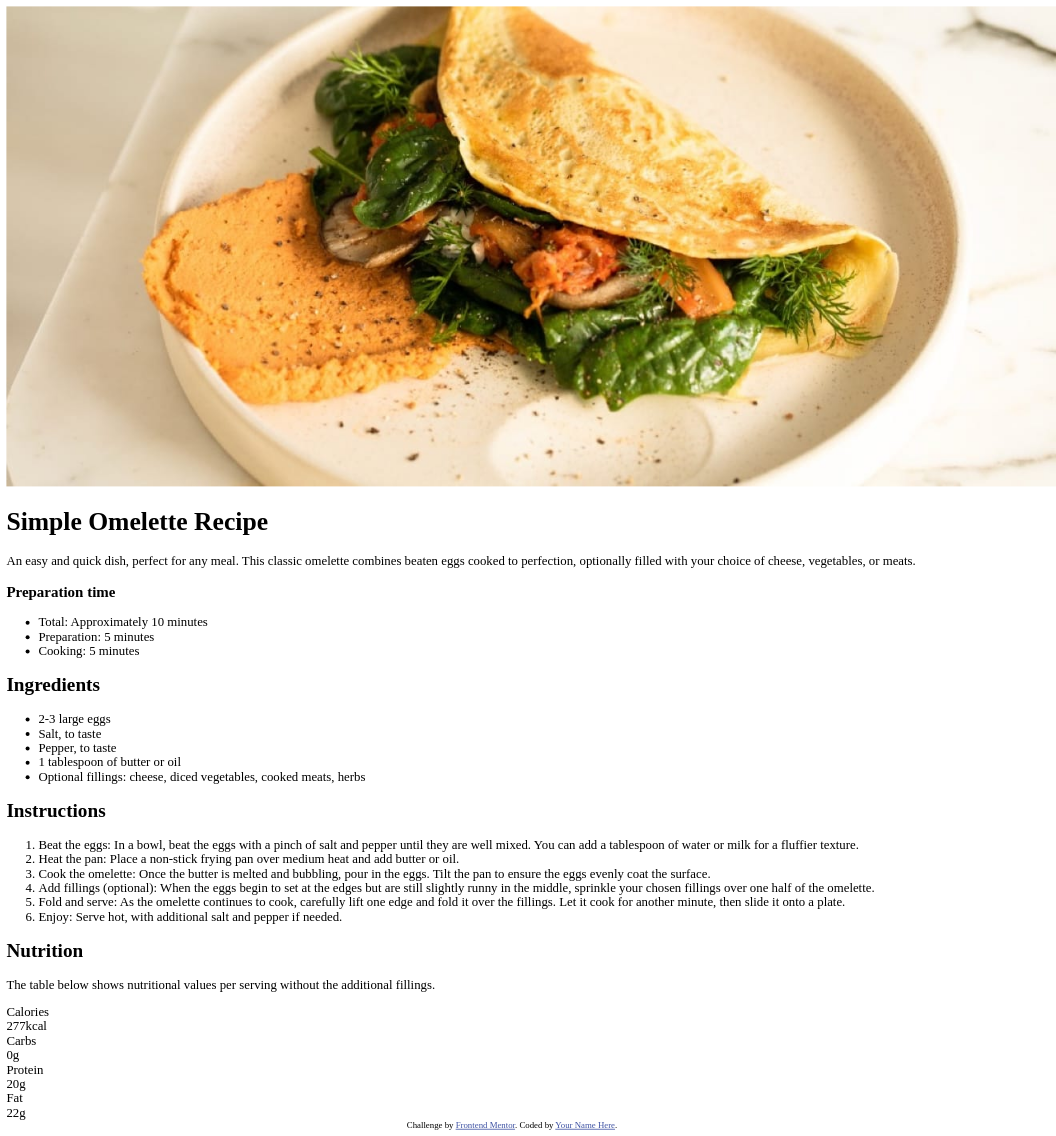
Repository: reemoon-ctrl/mine-recipe-page-main
Page: index.html
An editor plug-in stored every save of this project. The page is shown before and after a run of saves, followed by the edit.
The browser window is 1280 px wide. The page is 1320 px wide, then 1312 px, so the pictures cover 1320 px, including what lies to the right of the window. The pictures show the whole page, at 80% of full size.

Above is the page before, as saved 2024-08-11 12:18:10.

After the next 2 saves:
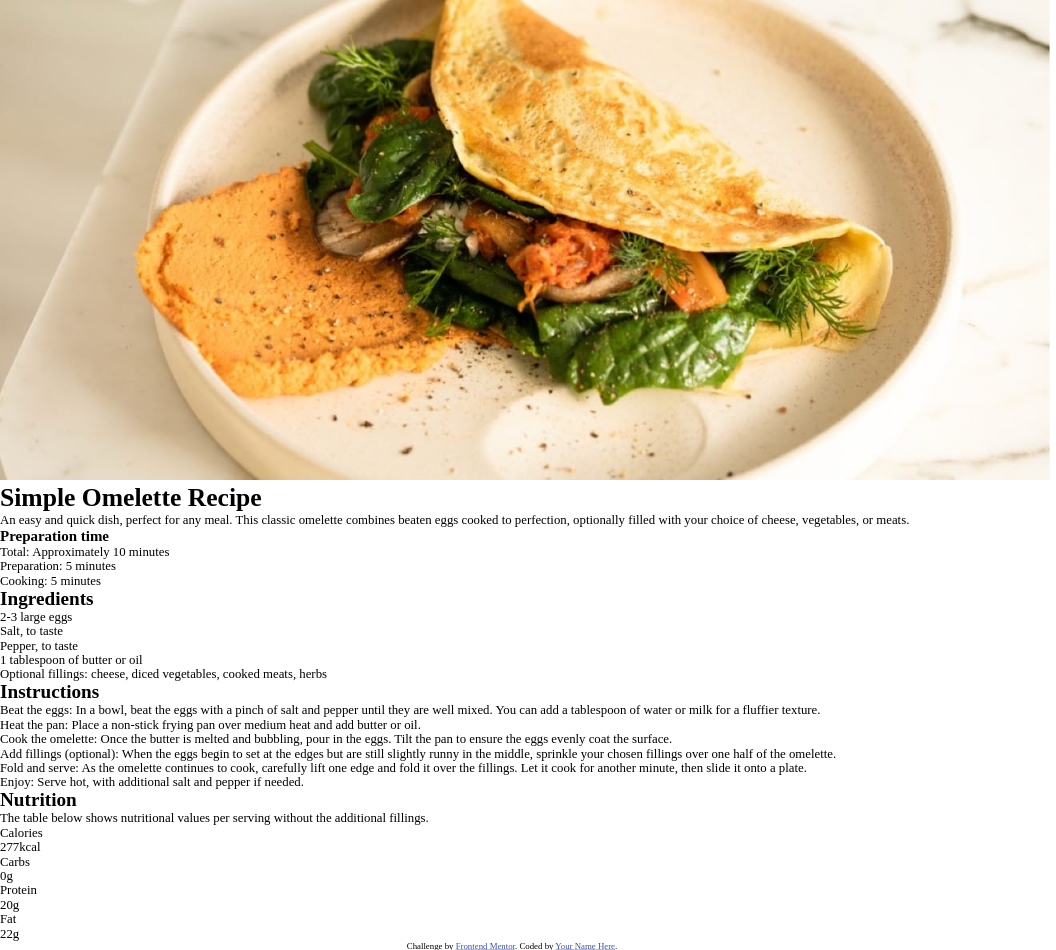
The 2 saves are shown as one change because they came seconds apart.
The last was saved 9 s later.
--- a/index.html
+++ b/index.html
@@ -3,7 +3,7 @@
 <head>
   <meta charset="UTF-8">
   <meta name="viewport" content="width=device-width, initial-scale=1.0"> <!-- displays site properly based on user's device -->
-  <link rel="stylesheet" href="">
+  <link rel="stylesheet" href="style.css">
   <link rel="icon" type="image/png" sizes="32x32" href="./assets/images/favicon-32x32.png">
 
   <title>Frontend Mentor | Recipe page</title>
